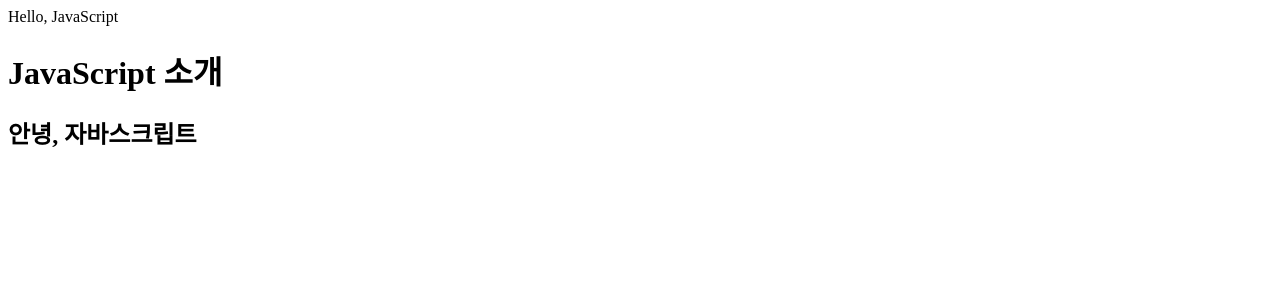
Repository: XenosJM/WEB_CODES
Page: Web03_JavaScript/src/main/webapp/01_intro.html
An editor plug-in stored every save of this project. The page is shown before and after the next save, followed by the edit.
The browser window is 1280 px wide. The pictures show the whole page.

Above is the page before, as saved 2024-03-20 02:09:50.

### Web03_JavaScript/src/main/webapp/01_intro.html
<!DOCTYPE html>
<html>
<head>
<meta charset="UTF-8">
<title>Intro</title>
<script type="text/javascript">
	// 자바스크립트 주석
	/* 자바스크립트 주석 */

	// 프론트엔드(front-end)
	// 1. HTML : 웹 페이지의 컨텐츠(내용)을 작성
	// 2. CSS : 웹 페이지의 스타일(레이아웃)을 작성
	// 3. JavaScript : 웹 페이지의 동적인 기능(동작)을 프로그램

	// HTML 파일에서 자바스크립트를 사용하는 방법
	// 1. script 태그 안에서 자바스크립트 코드를 작성
	//	1) head 태그 안에서 script 태그를 포함
	//	2) body 태그 안에서 script 태그를 포함
	// 2. 자바스크립트 코드만을 포함한 .js 파일을 HTML 파일에서 링크
	//	=> 자바스크립트 코드가 있는 위치에서 실행

	document.write('Hello, JavaScript');
</script>
</head>
<body>
	<h1>JavaScript 소개</h1>
	<script type="text/javascript">
		document.write('<h2>안녕, 자바스크립트</h2>');
		// write(문자열) : 문자열은 html 문장으로 인식(태그가 실행됨)
	</script>
</body>
</html>

### Web03_JavaScript/src/main/webapp/js/test.js
/**
 *
 */
document.write('<p>반가워요!</p>');
document.write('<p>당신의 첫 번째\"자바스크립트\"입니다.</p>');

After the next save:
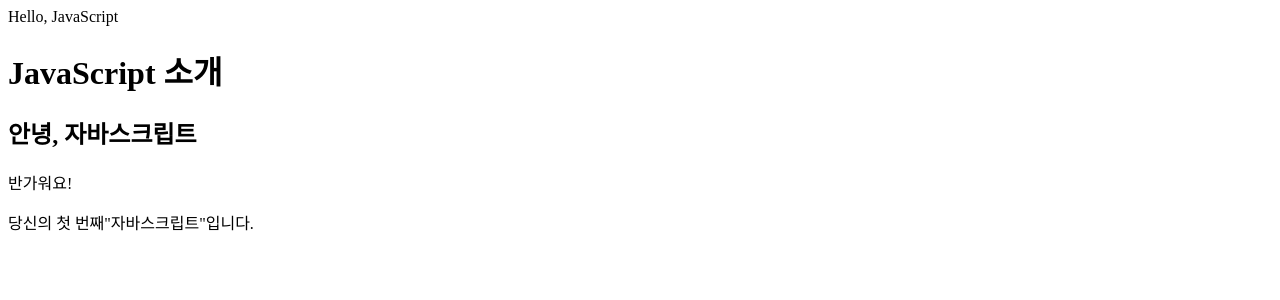
Saved 62 s later.
--- a/Web03_JavaScript/src/main/webapp/01_intro.html
+++ b/Web03_JavaScript/src/main/webapp/01_intro.html
@@ -28,5 +28,6 @@
 		document.write('<h2>안녕, 자바스크립트</h2>');
 		// write(문자열) : 문자열은 html 문장으로 인식(태그가 실행됨)
 	</script>
+	<script type="text/javascript" src="js/test.js"></script>
 </body>
 </html>
